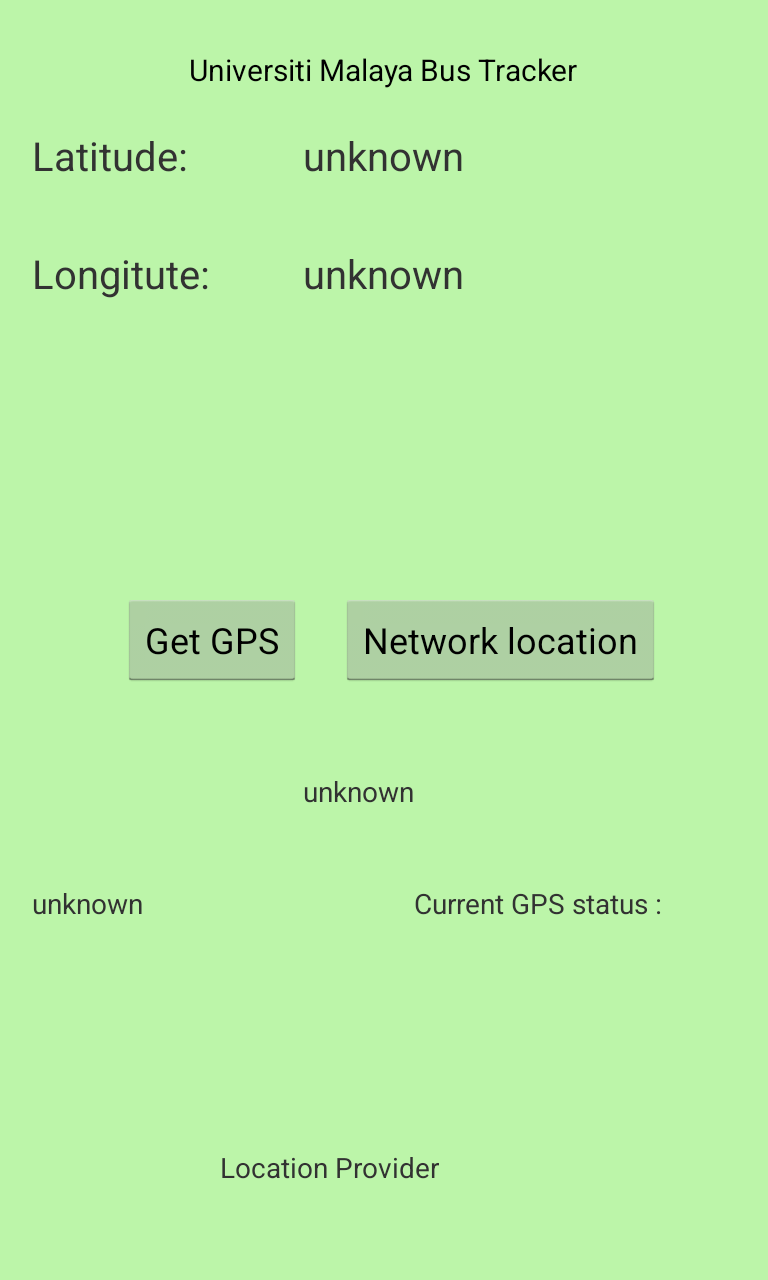
Repository: patheon17/myrepo2
Layout: workspace/UMBusTracker/res/layout/activity_main.xml
The author's editor kept a copy of each file at every save. The layout is drawn from the files as they stood at one save, then again after the next save.
It is drawn on a 768 x 1280 px phone screen (xhdpi) without system bars, with theme AppTheme; the app's code is not run.

Above is the layout before, as saved 2013-09-29 14:14:59.

### workspace/UMBusTracker/res/layout/activity_main.xml
<RelativeLayout xmlns:android="http://schemas.android.com/apk/res/android"
    xmlns:tools="http://schemas.android.com/tools"
    android:layout_width="match_parent"
    android:layout_height="match_parent"
    android:background="@color/appbackground"
    android:paddingBottom="@dimen/activity_vertical_margin"
    android:paddingLeft="@dimen/activity_horizontal_margin"
    android:paddingRight="@dimen/activity_horizontal_margin"
    android:paddingTop="@dimen/activity_vertical_margin"
    tools:context=".MainActivity" >

    <TextView
        android:id="@+id/TextView02"
        android:layout_width="wrap_content"
        android:layout_height="wrap_content"
        android:layout_centerHorizontal="true"
        android:layout_marginTop="48dp"
        android:text="unknown"
        android:textSize="20dip" />

    <TextView
        android:id="@+id/TextView01"
        android:layout_width="wrap_content"
        android:layout_height="wrap_content"
        android:layout_alignBaseline="@+id/TextView02"
        android:layout_alignBottom="@+id/TextView02"
        android:text="Latitude: "
        android:textSize="20dip" />

    <TextView
        android:id="@+id/TextView04"
        android:layout_width="wrap_content"
        android:layout_height="wrap_content"
        android:layout_alignLeft="@+id/TextView02"
        android:layout_below="@+id/TextView02"
        android:layout_marginTop="32dp"
        android:text="unknown"
        android:textSize="20dip" />

    <TextView
        android:id="@+id/TextView03"
        android:layout_width="wrap_content"
        android:layout_height="wrap_content"
        android:layout_alignBaseline="@+id/TextView04"
        android:layout_alignBottom="@+id/TextView04"
        android:layout_alignLeft="@+id/TextView01"
        android:text="Longitute: "
        android:textSize="20dip" />

    <TextView
        android:id="@+id/gpsstatus"
        android:layout_width="wrap_content"
        android:layout_height="wrap_content"
        android:layout_alignBottom="@+id/providerlist"
        android:layout_toRightOf="@+id/TextView05"
        android:text="@string/gpsstatus"
        android:textAppearance="?android:attr/textAppearanceSmall" />

    <TextView
        android:id="@+id/locprov1"
        android:layout_width="wrap_content"
        android:layout_height="wrap_content"
        android:layout_alignParentBottom="true"
        android:layout_marginBottom="31dp"
        android:layout_toRightOf="@+id/TextView03"
        android:text="@string/locprov1"
        android:textAppearance="?android:attr/textAppearanceSmall" />

    <TextView
        android:id="@+id/providerlist"
        android:layout_width="wrap_content"
        android:layout_height="wrap_content"
        android:layout_alignLeft="@+id/TextView03"
        android:layout_below="@+id/TextView05"
        android:layout_marginTop="37dp"
        android:text="@string/providerslist"
        android:textAppearance="?android:attr/textAppearanceSmall" />

    <TextView
        android:id="@+id/TextView05"
        android:layout_width="wrap_content"
        android:layout_height="wrap_content"
        android:layout_alignLeft="@+id/TextView04"
        android:layout_below="@+id/button2"
        android:layout_marginTop="42dp"
        android:text="@string/providerstatus" />

    <Button
        android:id="@+id/button1"
        android:layout_width="wrap_content"
        android:layout_height="wrap_content"
        android:layout_above="@+id/TextView05"
        android:layout_toLeftOf="@+id/TextView04"
        android:text="@string/button1" />

    <Button
        android:id="@+id/button2"
        android:layout_width="wrap_content"
        android:layout_height="wrap_content"
        android:layout_alignRight="@+id/gpsstatus"
        android:layout_centerVertical="true"
        android:text="@string/network" />

    <TextView
        android:id="@+id/title"
        android:layout_width="wrap_content"
        android:layout_height="wrap_content"
        android:layout_above="@+id/TextView01"
        android:layout_centerHorizontal="true"
        android:layout_marginBottom="19dp"
        android:text="@string/Apptitle"
        android:textAppearance="?android:attr/textAppearanceLarge"
        android:textSize="@dimen/titlesize" />

</RelativeLayout>

### workspace/UMBusTracker/res/values/styles.xml
<resources>

    <!--
        Base application theme, dependent on API level. This theme is replaced
        by AppBaseTheme from res/values-vXX/styles.xml on newer devices.
    -->
    <style name="AppBaseTheme" parent="android:Theme.Light">
        <!--
            Theme customizations available in newer API levels can go in
            res/values-vXX/styles.xml, while customizations related to
            backward-compatibility can go here.
        -->
    </style>

    <!-- Application theme. -->
    <style name="AppTheme" parent="AppBaseTheme">
        <!-- All customizations that are NOT specific to a particular API-level can go here. -->
    </style>
    <color name="appbackground">#BCF5A9</color>

</resources>

### workspace/UMBusTracker/res/values/dimens.xml
<resources>

    <!-- Default screen margins, per the Android Design guidelines. -->
    <dimen name="activity_horizontal_margin">16dp</dimen>
    <dimen name="activity_vertical_margin">16dp</dimen>
    <dimen name="titlesize">15dp</dimen>

</resources>

### workspace/UMBusTracker/res/values/strings.xml
<?xml version="1.0" encoding="utf-8"?>
<resources>

    <string name="app_name">UM Bus Tracker</string>
    <string name="action_settings">Settings</string>
    <string name="hello_world">Hello world!</string>
    <string name="Apptitle">Universiti Malaya Bus Tracker</string>
    <string name="button1">Get GPS</string>
    <string name="providerstatus">unknown</string>
    <string name="providerslist">unknown</string>
    <string name="gpsstatus">Current GPS status :</string>
    <string name="locprov1">Location Provider</string>
    <string name="network">Network location</string>
    <string name="title_activity_set_plate_num">SetPlateNum</string>

</resources>

Loaded but not shown: workspace/UMBusTracker/res/values-v11/styles.xml (common file); workspace/UMBusTracker/res/values-v14/styles.xml (common file)

After the next save:
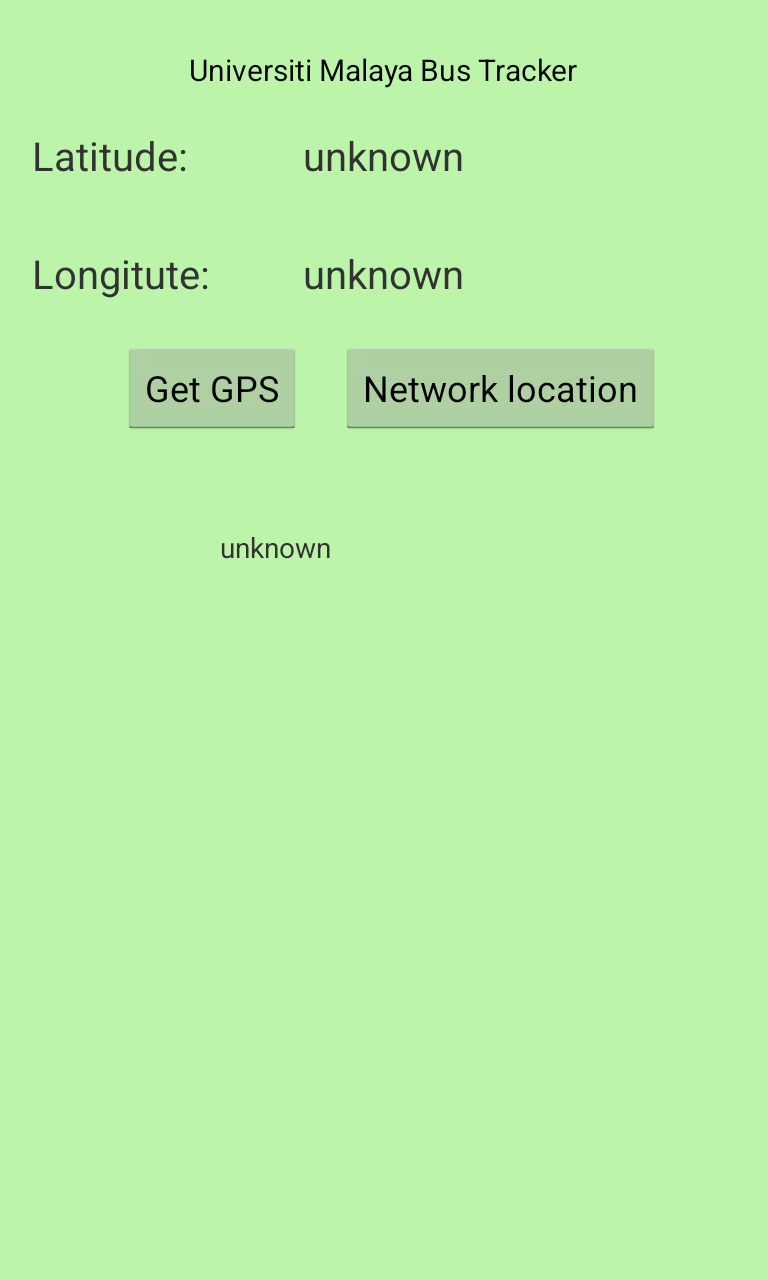
Saved 10 min 12 s later.
--- a/workspace/UMBusTracker/res/layout/activity_main.xml
+++ b/workspace/UMBusTracker/res/layout/activity_main.xml
@@ -48,60 +48,6 @@
         android:textSize="20dip" />
 
     <TextView
-        android:id="@+id/gpsstatus"
-        android:layout_width="wrap_content"
-        android:layout_height="wrap_content"
-        android:layout_alignBottom="@+id/providerlist"
-        android:layout_toRightOf="@+id/TextView05"
-        android:text="@string/gpsstatus"
-        android:textAppearance="?android:attr/textAppearanceSmall" />
-
-    <TextView
-        android:id="@+id/locprov1"
-        android:layout_width="wrap_content"
-        android:layout_height="wrap_content"
-        android:layout_alignParentBottom="true"
-        android:layout_marginBottom="31dp"
-        android:layout_toRightOf="@+id/TextView03"
-        android:text="@string/locprov1"
-        android:textAppearance="?android:attr/textAppearanceSmall" />
-
-    <TextView
-        android:id="@+id/providerlist"
-        android:layout_width="wrap_content"
-        android:layout_height="wrap_content"
-        android:layout_alignLeft="@+id/TextView03"
-        android:layout_below="@+id/TextView05"
-        android:layout_marginTop="37dp"
-        android:text="@string/providerslist"
-        android:textAppearance="?android:attr/textAppearanceSmall" />
-
-    <TextView
-        android:id="@+id/TextView05"
-        android:layout_width="wrap_content"
-        android:layout_height="wrap_content"
-        android:layout_alignLeft="@+id/TextView04"
-        android:layout_below="@+id/button2"
-        android:layout_marginTop="42dp"
-        android:text="@string/providerstatus" />
-
-    <Button
-        android:id="@+id/button1"
-        android:layout_width="wrap_content"
-        android:layout_height="wrap_content"
-        android:layout_above="@+id/TextView05"
-        android:layout_toLeftOf="@+id/TextView04"
-        android:text="@string/button1" />
-
-    <Button
-        android:id="@+id/button2"
-        android:layout_width="wrap_content"
-        android:layout_height="wrap_content"
-        android:layout_alignRight="@+id/gpsstatus"
-        android:layout_centerVertical="true"
-        android:text="@string/network" />
-
-    <TextView
         android:id="@+id/title"
         android:layout_width="wrap_content"
         android:layout_height="wrap_content"
@@ -112,4 +58,33 @@
         android:textAppearance="?android:attr/textAppearanceLarge"
         android:textSize="@dimen/titlesize" />
 
+    <Button
+        android:id="@+id/button2"
+        android:layout_width="wrap_content"
+        android:layout_height="wrap_content"
+        android:layout_alignLeft="@+id/TextView04"
+        android:layout_below="@+id/TextView04"
+        android:layout_marginLeft="18dp"
+        android:layout_marginTop="20dp"
+        android:text="@string/network" />
+
+    <TextView
+        android:id="@+id/providerlist"
+        android:layout_width="wrap_content"
+        android:layout_height="wrap_content"
+        android:layout_below="@+id/button2"
+        android:layout_marginTop="46dp"
+        android:layout_toRightOf="@+id/TextView03"
+        android:text="@string/providerslist"
+        android:textAppearance="?android:attr/textAppearanceSmall" />
+
+    <Button
+        android:id="@+id/button1"
+        android:layout_width="wrap_content"
+        android:layout_height="wrap_content"
+        android:layout_alignBaseline="@+id/button2"
+        android:layout_alignBottom="@+id/button2"
+        android:layout_toLeftOf="@+id/button2"
+        android:text="@string/button1" />
+
 </RelativeLayout>
